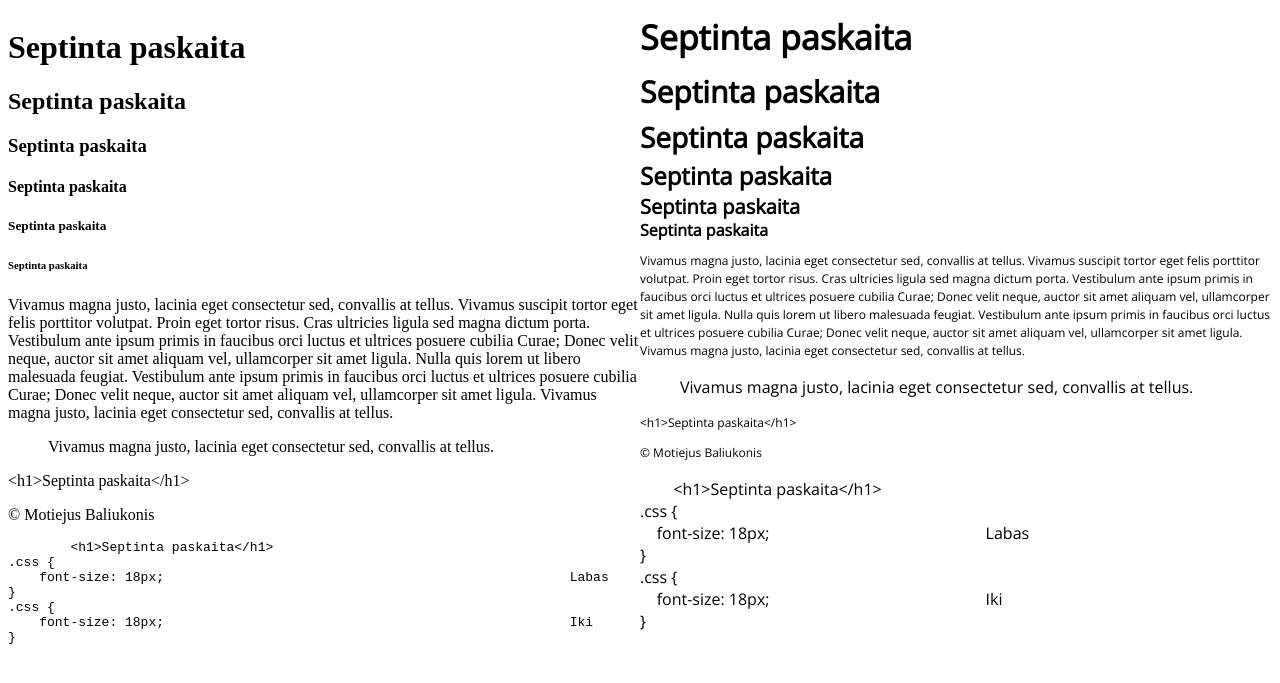
Repository: motiejus1/07-paskaita-05.31
Page: index.html
The author's editor kept a copy of each file at every save. The page is drawn from the files as they stood at one save, then again after the next save.
The browser window is 1280 px wide. The pictures show the whole page.

Above is the page before, as saved 2021-06-10 20:18:29.

After the next save:
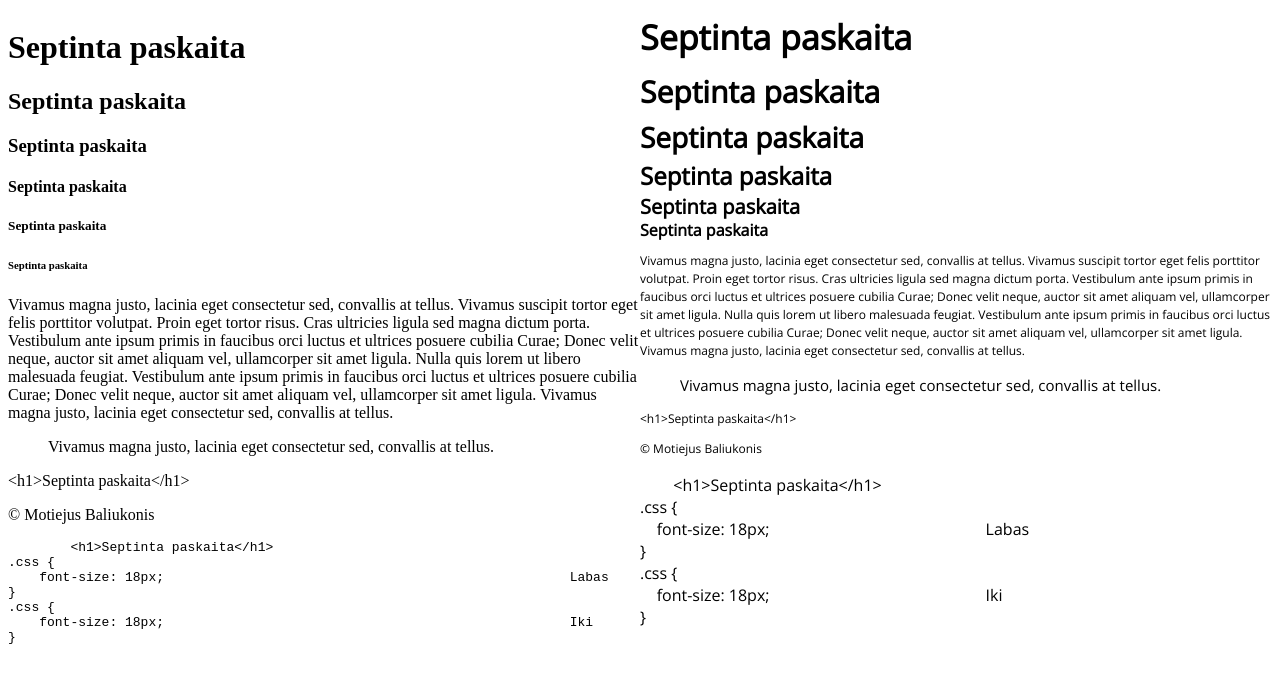
Saved 15 s later.
--- a/index.html
+++ b/index.html
@@ -70,7 +70,7 @@
         }
 
         .right blockquote {
-            font-size: ;
+            font-size: 15px;
         }
 
     </style>
